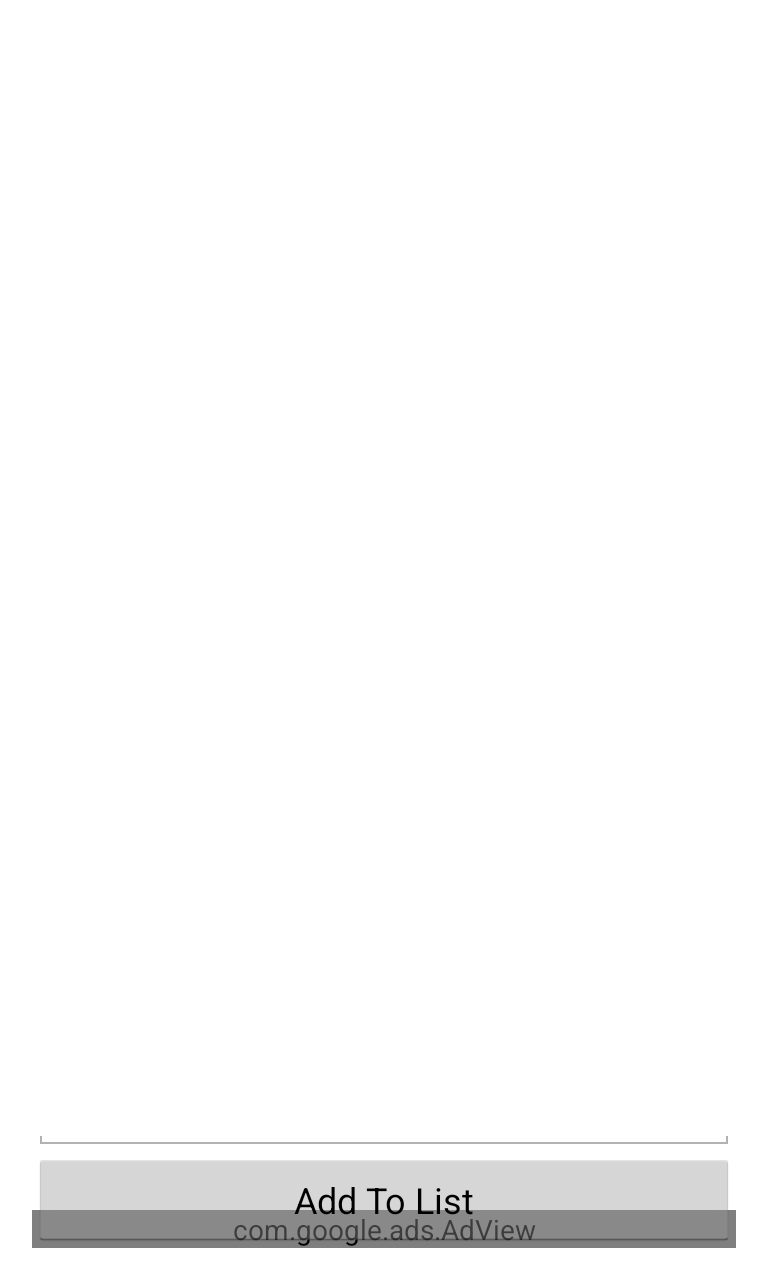
Repository: cutepig123/MyAndroidTestApps
Layout: Test3_TodoList/res/layout/activity_main.xml
These files come from the project's save history. The layout is drawn as it stood at one moment and after the next save; the edit follows.
Pictures or frames that could not be fetched are drawn as grey boxes. It is drawn on a 768 x 1280 px phone screen (xhdpi) without system bars, with theme AppTheme; the app's code is not run. Lists and similar views that code fills are empty.

Above is the layout before, as saved 2013-04-21 06:10:06.

### Test3_TodoList/res/layout/activity_main.xml
<RelativeLayout xmlns:android="http://schemas.android.com/apk/res/android"

    xmlns:tools="http://schemas.android.com/tools"
    android:layout_width="match_parent"
    android:layout_height="match_parent"
    android:paddingBottom="@dimen/activity_vertical_margin"
    android:paddingLeft="@dimen/activity_horizontal_margin"
    android:paddingRight="@dimen/activity_horizontal_margin"
    android:paddingTop="@dimen/activity_vertical_margin"
    tools:context=".MainActivity" >

    <com.google.ads.AdView
             xmlns:ads="http://schemas.android.com/apk/lib/com.google.ads"
             android:id="@+id/adView"
             android:layout_width="fill_parent"
             android:layout_height="wrap_content"
             ads:adUnitId="a151737708df4ce"
             android:layout_alignParentBottom="true"
             ads:adSize="BANNER"
             ads:loadAdOnCreate="true"/>

    <LinearLayout
        android:id="@+id/myLayout"
        android:layout_width="fill_parent"
        android:layout_height="wrap_content"
        android:layout_alignParentBottom="true"
        android:layout_centerHorizontal="true"
        android:orientation="vertical" >

        <EditText
            android:id="@+id/editText1"
            android:layout_width="match_parent"
            android:layout_height="wrap_content"
            android:ems="10" />

        <Button
            android:id="@+id/button1"
            android:layout_width="match_parent"
            android:layout_height="wrap_content"
            android:text="Add To List" />

        <ListView
            android:id="@+id/listView1"
            android:layout_width="match_parent"
            android:layout_height="wrap_content" >
        </ListView>

    </LinearLayout>


</RelativeLayout>

Loaded but not shown: Test3_TodoList/res/values/styles.xml (common file); Test3_TodoList/res/values-v11/styles.xml (common file); Test3_TodoList/res/values-v14/styles.xml (common file); Test3_TodoList/res/values/dimens.xml (common file)

After the next save:
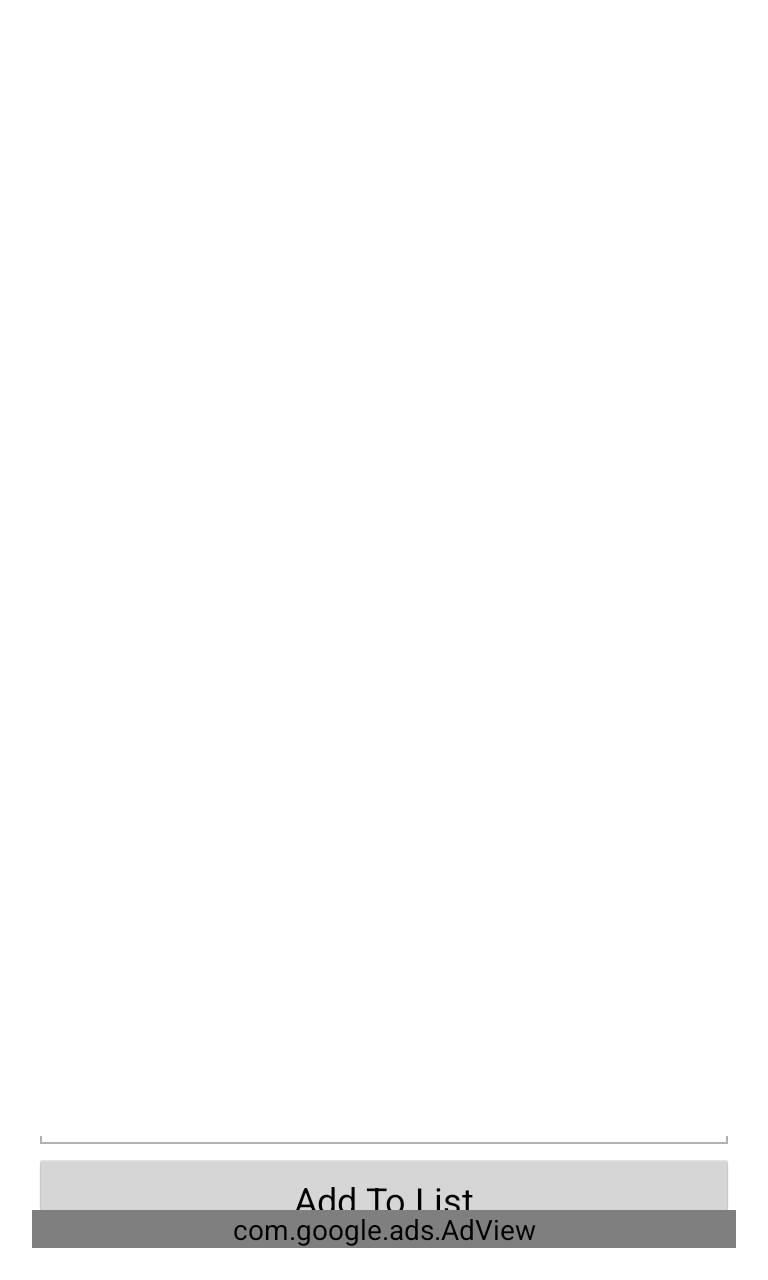
Saved 67 s later.
--- a/Test3_TodoList/res/layout/activity_main.xml
+++ b/Test3_TodoList/res/layout/activity_main.xml
@@ -9,15 +9,7 @@
     android:paddingTop="@dimen/activity_vertical_margin"
     tools:context=".MainActivity" >
 
-    <com.google.ads.AdView
-             xmlns:ads="http://schemas.android.com/apk/lib/com.google.ads"
-             android:id="@+id/adView"
-             android:layout_width="fill_parent"
-             android:layout_height="wrap_content"
-             ads:adUnitId="a151737708df4ce"
-             android:layout_alignParentBottom="true"
-             ads:adSize="BANNER"
-             ads:loadAdOnCreate="true"/>
+
 
     <LinearLayout
         android:id="@+id/myLayout"
@@ -48,4 +40,14 @@
     </LinearLayout>
 
 
+    <com.google.ads.AdView
+             xmlns:ads="http://schemas.android.com/apk/lib/com.google.ads"
+             android:id="@+id/adView"
+             android:layout_width="fill_parent"
+             android:layout_height="wrap_content"
+             ads:adUnitId="a151737708df4ce"
+             android:layout_alignParentBottom="true"
+             ads:adSize="BANNER"
+             ads:loadAdOnCreate="true"/>
+
 </RelativeLayout>
